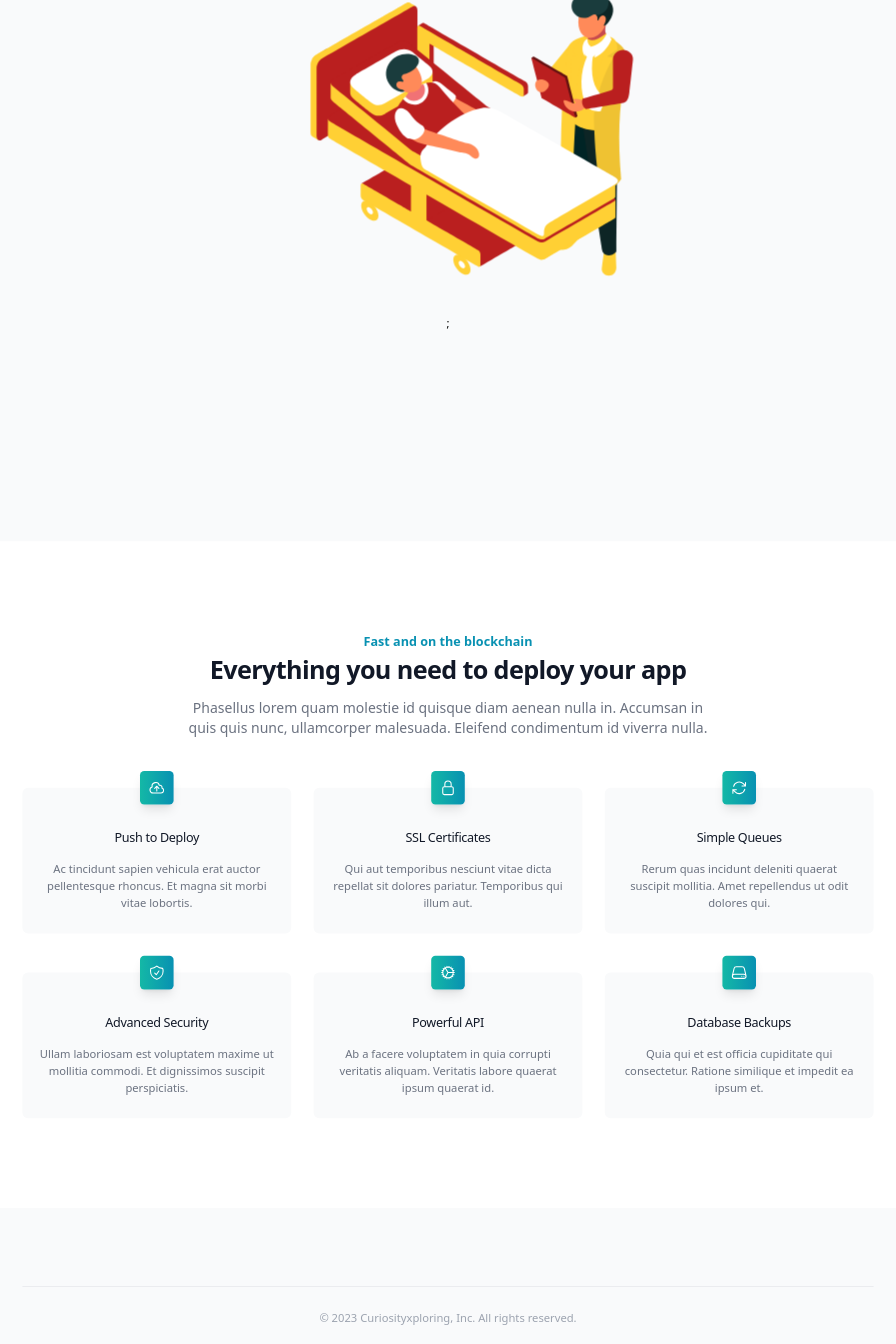
Repository: VinceBrun/medical-web3-app
Page: /
These files come from the project's save history. The page is drawn as it stood at one moment and after a run of saves; the edit follows.
The browser window is 1280 px wide. The pictures show the part of the page from y = 1469 to 3389 px (the page is 3395 px tall), at 70% of full size.
The project was rebuilt for these pictures with package versions that can differ from the ones it lists, and the page was loaded fresh each time. The framework's server and built-in components were replaced by stand-ins that run in the browser. Also part of the build but not shown: next.config.js, styles/Home.module.css.

Above is the page before, as saved 2023-01-16 17:38:06.

After the next 2 saves:
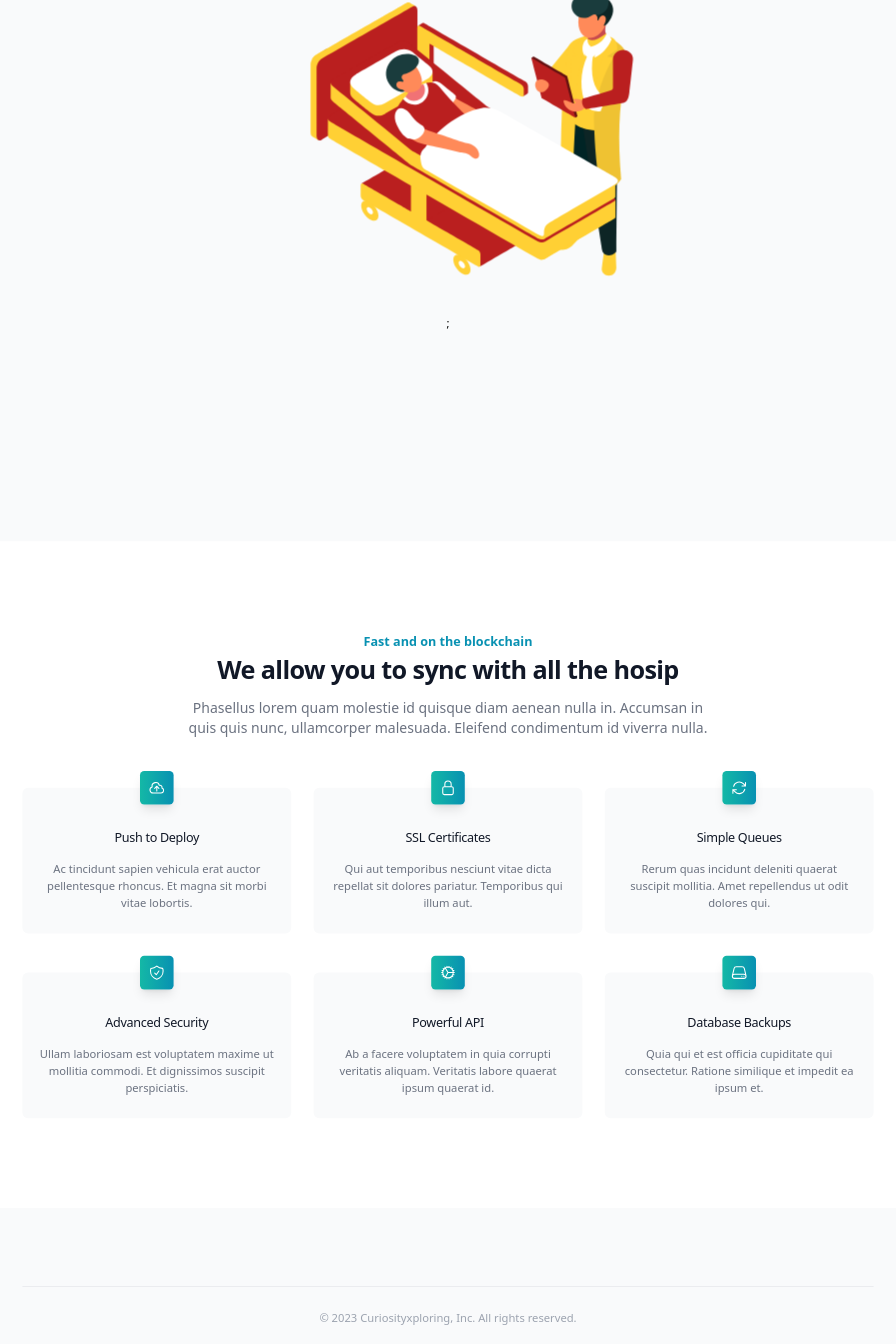
The 2 saves are shown as one change because they came seconds apart.
The last was saved 18 s later.
--- a/components/Landing.jsx
+++ b/components/Landing.jsx
@@ -421,7 +421,7 @@ export default function Landing() {
                 Fast and on the blockchain
               </h2>
               <p className="mt-2 text-3xl font-bold tracking-tight text-gray-900 sm:text-4xl">
-                Everything you need to deploy your app
+                We allow you to sync with all the hosip
               </p>
               <p className="mx-auto mt-5 max-w-prose text-xl text-gray-500">
                 Phasellus lorem quam molestie id quisque diam aenean nulla in.
